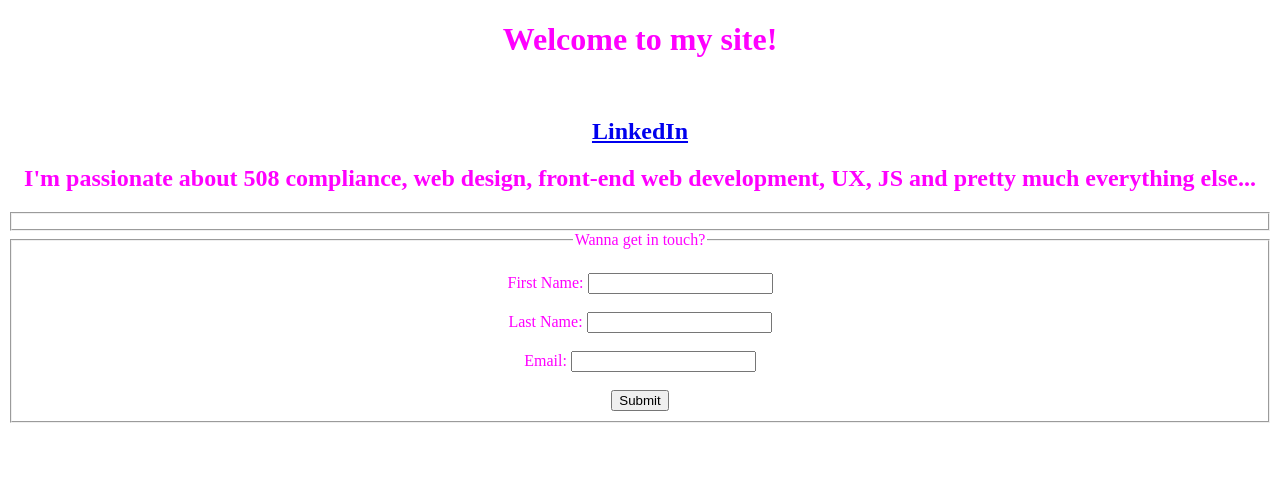
Repository: jasvr/jasvr.io
Page: index.html
An editor plug-in stored every save of this project. The page is shown before and after a run of saves, followed by the edit.
The browser window is 1280 px wide. The pictures show the whole page.

Above is the page before, as saved 2020-01-10 14:56:50.

### index.html
<!DOCTYPE html>
<html lang="en">
<head>
    <meta charset="UTF-8">
    <meta name="viewport" content="width=device-width, initial-scale=1.0">
    <meta http-equiv="X-UA-Compatible" content="ie=edge">
    <title>Jasmin Vargas</title>
    <link href="style.css" type="text/css" rel="stylesheet">
</head>
<body>
    <h1>Welcome to my site!</h1>
    <br>
    <h2><a href="https://www.linkedin.com/in/jasvrgs/">LinkedIn</a></h2>
    <h2>I'm passionate about 508 compliance, web design, front-end web development, UX, JS and pretty much everything else...</h2>

    <fieldset>

    </fieldset>


    <fieldset>
        <legend>Wanna get in touch?</legend>
        <div>
            <br>
            <label for ="firstname">First Name: </label>
            <input type="text" name="firstname"/>
        </div>
        <div>
            <br>
            <label for ="lastname">Last Name: </label>
            <input type="text" name="lastname"/>
        </div>
        <div>
            <br>
            <label for ="email">Email: </label>
            <input type="text" name="email"/>

        </div>
        <div>
            <br>
            <input type="submit" value="Submit">
        </div>
    </fieldset>
</body>
</html>

### style.css
body{
    color:magenta;
    text-align:center;
    }

    *:focus{
        outline: 0;
        box-shadow: 0 0 10px #eb0486;
        border-color: #eb0486;
    }

    a:focus{
        color: #eb0486;
        font-weight: bold;
    }

    .button:focus{
        background-color: #eb0486;

    }

After the next 4 saves:
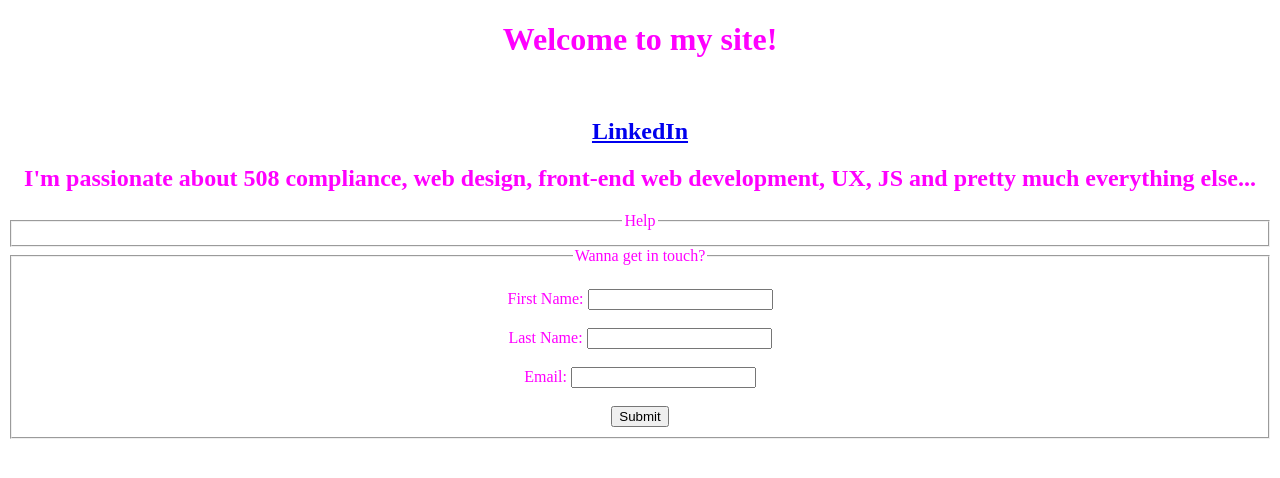
The 4 saves are shown as one change because they came seconds apart.
The last was saved 13 s later.
--- a/index.html
+++ b/index.html
@@ -14,7 +14,7 @@
     <h2>I'm passionate about 508 compliance, web design, front-end web development, UX, JS and pretty much everything else...</h2>
 
     <fieldset>
-
+        <legend>Help</legend>
     </fieldset>
 
 
